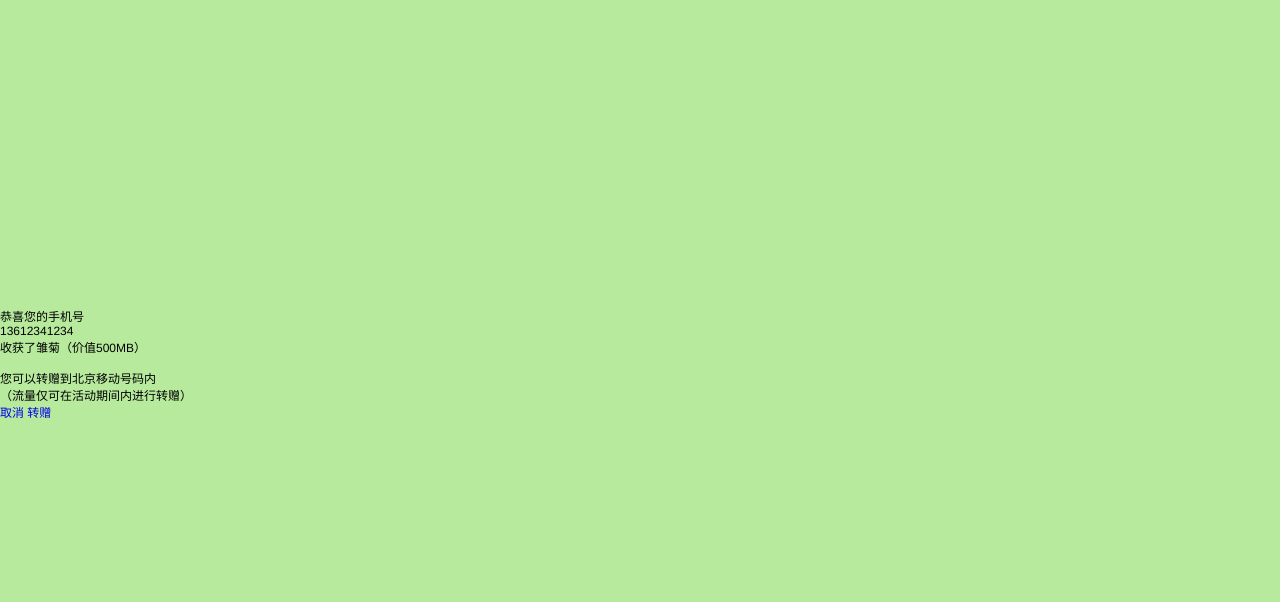
Repository: wangbiaozy/zh
Page: index.html
These files come from the project's save history. The page is drawn as it stood at one moment and after the next save; the edit follows.
The browser window is 1280 px wide. The pictures show the whole page.

Above is the page before, as saved 2019-03-18 17:37:07.
Console error: TypeError: Cannot read properties of undefined (reading 'style')

### index.html
<!DOCTYPE html>
<html lang="en">

<head>
    <meta charset="UTF-8">
    <meta name="viewport" content="width=device-width, initial-scale=1.0, maximum-scale=1.0, minimum-scale=1.0, user-scalable=no, viewport-fit=cover">
    <meta http-equiv="X-UA-Compatible" content="ie=edge">
    <title>北京移动</title>
    <link rel="stylesheet" href="css/reset.min.css">
    <link rel="stylesheet/less" href="css/styles.less">
    <script src="js/less-1.7.0.min.js"></script>
    <script src="js/jquery-1.10.1.min.js"></script>
    <script src="js/imgLoader.js"></script>
    <script>
        imgLoader([
            'images/banner.png',
            'images/bdsjh.png',
            'images/bg_01.png',
            'images/bg_02.png',
            'images/btn_cj.png',
            'images/btn_cjhd.png',
            'images/btn_dhff.png',
            'images/btn_dl.png',
            'images/btn_fshy.png',
            'images/btn_lj.png',
            'images/btn_qd.png',
            'images/btn_qdl.png',
            'images/btn_qr.png',
            'images/btn_qx.png',
            'images/btn_xg.png',
            'images/btn_zz.png',
            'images/c1.png',
            'images/c2.png',
            'images/c3.png',
            'images/c4.png',
            'images/c5.png',
            'images/card_1.png',
            'images/card_2.png',
            'images/card_3.png',
            'images/card_4.png',
            'images/card_5.png',
            'images/card.png',
            'images/close.png',
            'images/default.jpg',
            'images/erweima.png',
            'images/fire.gif',
            'images/fri_bg_01.png',
            'images/fri_bg_02.png',
            'images/fri_bg_03.png',
            'images/gongxi.png',
            'images/guang1.png',
            'images/guang2.png',
            'images/hdgz.png',
            'images/home_bg_01.png',
            'images/home_bg_02.png',
            'images/home_bg_03.png',
            'images/hyzl.png',
            'images/longjiao.png',
            'images/longshen.png',
            'images/longtou.png',
            'images/longwei.png',
            'images/longzhu.png',
            'images/longzhua.png',
            'images/rule_btn.png',
            'images/share.png',
            'images/sjhm.png',
            'images/start_btn.png',
            'images/submit.png',
            'images/tc_1_text.png',
            'images/tc_bg.png',
            'images/tc_card.png',
            'images/tc_title_1.png',
            'images/tc_title_2.png',
            'images/tc_title_3.png',
            'images/xxqr.png',
            'images/yun_1.png',
            'images/yun_2.png',
            'images/yun_3.png',
            'images/yun.png',
            'images/yzm.png'
        ], function (percentage) {
            var percentT = percentage * 100;
            $('.loader_info').html('Loading ' + (parseInt(percentT)) + '%');
            $('.loader_progress')[0].style.width = percentT + '%';
            if (percentage == 1) {
                /* $('.loader').remove();
                $('.home').show(); */
            }
        });
    </script>
</head>
<body>
    <!--loading-->
    <!-- <section class="loader">
        <div class="loader_info"></div>
        <div>
            <div class="loader_progress"></div>
        </div>
    </section> -->
    <!-- 首页 -->
    <section id="home" class="home">
        <div>
            <a href="javascript: void(0)" class="rule-btn"></a>
        </div>
        <div>
            <div></div>
        </div>
        <div>
            <a href="javascript: void(0)" id="start-btn"></a>
            <div>
                <p id="countDown"><i>倒计时：</i><span>7</span>天<span>00</span>时<span>00</span>分<span>00</span>秒</p>
            </div>
            <p>4月8日-4月14日&nbsp;&nbsp;&nbsp;&nbsp;活动将于4月14日结束，务必到期前领取</p>
        </div>
    </section>
    <!-- 活动规则页 -->
    <section id="rule" class="rule">
        <div>
            <div></div>
            <div>
                <ul>
                    <li>
                        <h3>一 活动时间：</h3>
                        <p>即日起——4月14日</p>
                        <h3>二 活动介绍：</h3>
                        <p>活动期间，用户通过北京移动微信公众号，可参与“天天种花得流量”活动。用户每天可获得一颗种子，通过添加物料（水、阳光、肥料），完成种植，收获花朵并获得对应流量奖品。</p>
                        <p>获取物料方法：</p>
                        <p>1、用户首次参与活动可领取水、阳光、肥料各1份。</p>
                        <p>2、分享活动给好友，邀请其助力赠送，可获得更多物料。（好友助力次数不限，但为同一用户仅可助力一次。）</p>
                        <h3>三 奖品规则：</h3>
                        <p>活动奖品包含：100MB、200MB、500MB、1GB、2GB、3GB全国流量，及部分免费业务体验资格、优惠业务办理资格。</p>
                        <p>（一）流量奖品</p>
                        <p>1.流量档位包括100MB、200MB、500MB、1GB、2GB、3GB全国流量；</p>
                        <p>2.奖品将于领取后15日内，自动充入用户的微信关注绑定手机号，流量自充入日起生效，有效期至本月月末；</p>
                        <p>3.活动赠送套外国内流量，优先级低于主套餐、可选包、短促包、定向流量包等，赠送流量无法共享，不可结转；</p>
                        <p>4.处于保留期、保号期、挂失、申停、欠停、转品牌过渡期的手机号；物联网卡、4G超级日租卡套餐、神州行开心听、语音套餐卡、神州行B标准资费基本策划等特殊资费用户无法领取赠送流量；</p>
                        <p>5.赠送流量每月仅可领取100次，超出上限不可领取；</p>
                        <p>6.北京移动用户抽中流量奖品后，自动充入关注绑定账户。非北京移动用户抽中流量奖品后可以转赠给北京移动手机号码。</p>
                        <p>（二）其它奖品</p>
                        <p>规则详见各奖品办理页面</p>
                        <p>温馨提示：</p>
                        <p>1、活动将于4月14日结束，请您务必于活动结束前完成领奖，逾期视为自动放弃奖品。</p>
                        <p>2、活动页面内可手动关闭活动提醒。如不关闭，默认每天发放服务通知，提醒用户活动状态已更新。</p>
                    </li>
                </ul>
                <a href="javascript:void(0)">确定</a>
            </div>
        </div>
        <div></div>
    </section>
    <!-- 主页 -->
    <section id="main" class="main">
        <div>
            <a href="javascript:void(0)" class="rule-btn"></a>
            <a href="javascript:void(0)" class="method-btn"></a>
            <div>
                <a href="javascript:void(0)"></a>
                <p>活动通知</p>
            </div>
        </div>
        <div>
            <div></div>
        </div>
        <div>
            <ul>
                <li>
                    <span>3</span>
                </li>
                <li>
                    <span>3</span>
                </li>
                <li>
                    <span>3</span>
                </li>
            </ul>
            <ul>
                <li>奖励花园</li>
                <li>获取能量</li>
            </ul>
        </div>
        <div>
            <h3></h3>
            <ul>
                <p>您还没有好友给您助力哦~</p>
                <!-- <li>
                    <div>
                        <img src="./images/fri_default.png" alt="">
                    </div>
                    <p>胖子胖子胖子胖子</p>
                    <p>帮忙增加了<span>肥料</span></p>
                    <p>3月1日</p>
                </li> -->
            </ul>
        </div>
    </section>
    <!-- 玩法锦囊页 -->
    <section id="method" class="method">
        <div></div>
        <div></div>
        <div></div>
        <div></div>
        <div></div>
        <a href="javascript: void(0)">确定</a>
    </section>
    <!-- 我的奖励花园页 -->
    <section id="gift" class="gift">
        <div>
            <div>
                <div></div>
                <ul>
                    <li>
                        <img src="./images/flower_0.png" alt="">
                        <a href="javascript: void(0)"></a>
                    </li>
                    <li>
                        <img src="./images/flower_0.png" alt="">
                        <a href="javascript: void(0)"></a>
                    </li>
                    <li>
                        <img src="./images/flower_0.png" alt="">
                        <a href="javascript: void(0)"></a>
                    </li>
                    <li>
                        <img src="./images/flower_0.png" alt="">
                        <a href="javascript: void(0)"></a>
                    </li>
                    <li>
                        <img src="./images/flower_0.png" alt="">
                        <a href="javascript: void(0)"></a>
                    </li>
                    <li>
                        <img src="./images/flower_0.png" alt="">
                        <a href="javascript: void(0)"></a>
                    </li>
                    <li>
                        <img src="./images/flower_0.png" alt="">
                        <a href="javascript: void(0)"></a>
                    </li>
                </ul>
                <div></div>
                <a href="javascript: void(0)">返回</a>
            </div>
        </div>
        <div></div>
    </section>
    <!-- 二维码页 -->
    <section id="code" class="code">
        <div>
            <div>
                <div>
                    <p>亲爱的用户<br>天天种花得流量活动邀你参加<br>天天有惊喜哦~</p>
                </div>
                <div>
                    <div>
                        <img src="./images/erweima.jpg" alt="">
                    </div>
                </div>
            </div>
        </div>
        <div></div>
    </section>
    <!-- 添加物料弹窗 -->
    <section class="model addModel message-model">
        <div>
            <p>您已成功为种子<br><span>添加了阳光</span><br>种子已进入<span>成熟</span>期<br>快来看看吧</p>
        </div>
        <a href="javascript: void(0)">确定</a>
    </section>
    <!-- 发送好友弹窗 -->
    <section class="model to-friend message-model">
        <div>
            <p>您需要积攒能量<br>才能种出神秘花朵<br>还有抽大奖的机会哦<br>快请好友帮忙吧</p>
        </div>
        <a href="javascript:void(0)">发送好友</a>
    </section>
    <!-- 开始 种子弹窗 -->
    <section class="model tc-0">
        <div>
            <p>恭喜您已经播种了<br>一颗神秘种子<br>快去养育TA～</p>
            <div></div>
            <p>看看可以收获什么花吧！！</p>
            <p>送您阳光、水壶、肥料各一份</p>
        </div>
        <a href="javascript:void(0)">确定</a>
    </section>
    <!-- 本网获得流量弹窗 -->
    <section class="model tc-1">
        <div>
            <p>恭喜您的手机号</p>
            <p>15910943650</p>
            <p>收货了<span>雏菊</span>（价值<span>500MB</span>）</p>
            <img src="./images/flower_tc_1.png" alt="">
            <p>流量将于7日内到账</p>
            <p>有效期至本月月末</p>
            <a href=""></a>
        </div>
        <a href="javascript:void(0)">确定</a>
    </section>
    <!-- 异网流量弹窗 1-->
    <section class="model tc-2">
        <div>
            <p>恭喜您的手机号</p>
            <p>13612341234</p>
            <p>收获了雏菊（价值<span>500MB</span>）</p>
            <img src="" alt="">
            <p>您可以转赠到北京移动号码内</p>
            <p>（流量仅可在活动期间内进行转赠）</p>
        </div>
        <div>
            <a href="javascript:void(0)">取消</a>
            <a href="javascript:void(0)">转赠</a>
        </div>
    </section>
    <!-- 分享浮层 -->
    <section class="share">
        <div>
            <span></span>
        </div>
    </section>
    <!-- 遮罩层 -->
    <section class="mask" id="mask"></section>
</body>
</html>
<script src="js/index.js"></script>

### css/reset.min.css
@charset "utf-8";
/*默认样式清除和初始化*/
body,h1,h2,h3,h4,h5,h6,hr,p,blockquote,dl,dt,dd,ul,ol,li,button,input,textarea,th,td{margin:0;padding:0}body{font-size:12px;font-style:normal;font-family:"\5FAE\8F6F\96C5\9ED1",Helvetica,sans-serif}small{font-size:12px}h1{font-size:18px}h2{font-size:16px}h3{font-size:14px}h4,h5,h6{font-size:100%}ul,ol{list-style:none}a{text-decoration:none;background-color:transparent}a:hover,a:active{outline-width:0;text-decoration:none}table{border-collapse:collapse;border-spacing:0}hr{border:0;height:1px}img{border-style:none}img:not([src]){display:none}svg:not(:root){overflow:hidden}html{-webkit-touch-callout:none;-webkit-text-size-adjust:100%}input,textarea,button,a{-webkit-tap-highlight-color:rgba(0,0,0,0)}article,aside,details,figcaption,figure,footer,header,main,menu,nav,section,summary{display:block}audio,canvas,progress,video{display:inline-block}audio:not([controls]),video:not([controls]){display:none;height:0}progress{vertical-align:baseline}mark{background-color:#ff0;color:#000}sub,sup{position:relative;font-size:75%;line-height:0;vertical-align:baseline}sub{bottom:-0.25em}sup{top:-0.5em}button,input,select,textarea{font-size:100%;outline:0}button,input{overflow:visible}button,select{text-transform:none}textarea{overflow:auto}button,html [type="button"],[type="reset"],[type="submit"]{-webkit-appearance:button}button::-moz-focus-inner,[type="button"]::-moz-focus-inner,[type="reset"]::-moz-focus-inner,[type="submit"]::-moz-focus-inner{border-style:none;padding:0}button:-moz-focusring,[type="button"]:-moz-focusring,[type="reset"]:-moz-focusring,[type="submit"]:-moz-focusring{outline:1px dotted ButtonText}[type="checkbox"],[type="radio"]{box-sizing:border-box;padding:0}[type="number"]::-webkit-inner-spin-button,[type="number"]::-webkit-outer-spin-button{height:auto}[type="search"]{-webkit-appearance:textfield;outline-offset:-2px}[type="search"]::-webkit-search-cancel-button,[type="search"]::-webkit-search-decoration{-webkit-appearance:none}::-webkit-input-placeholder{color:inherit;opacity:.54}::-webkit-file-upload-button{-webkit-appearance:button;font:inherit}.clear:after{display:block;height:0;content:"";clear:both}
*{ -webkit-tap-highlight-color: rgba(0,0,0,0);-webkit-tap-highlight-color: transparent; /* For some Androids */ }

### js/imgLoader.js
/**
 * Created by wangbiaozy on 2017/12/11.
 */
(function () {
    function isArray(obj) {
        return Object.prototype.toString.call(obj) === '[object Array]';
    }

    /**
     * @param imgList 要加载的图片地址列表，['aa/asd.png','aa/xxx.png']
     * @param callback 每成功加载一个图片之后的回调，并传入“已加载的图片总数/要加载的图片总数”表示进度
     * @param timeout 每个图片加载的超时时间，默认为5s
     */
    var loader = function (imgList, callback, timeout) {
        timeout = timeout || 5000;
        imgList = isArray(imgList) && imgList || [];
        callback = typeof(callback) === 'function' && callback;

        var total = imgList.length,
            loaded = 0,
            imgages = [],
            _on = function () {
                loaded < total && (++loaded, callback && callback(loaded / total));
            };

        if (!total) {
            return callback && callback(1);
        }

        for (var i = 0; i < total; i++) {
            imgages[i] = new Image();
            imgages[i].onload = imgages[i].onerror = _on;
            imgages[i].src = imgList[i];
        }

        /**
         * 如果timeout * total时间范围内，仍有图片未加载出来（判断条件是loaded < total），通知外部环境所有图片均已加载
         * 目的是避免用户等待时间过长
         */
        setTimeout(function () {
            loaded < total && (loaded = total, callback && callback(loaded / total));
        }, timeout * total);

    };

    "function" === typeof define && define.cmd ? define(function () {
        return loader
    }) : window.imgLoader = loader;
})();

Loaded but not shown: js/less-1.7.0.min.js (library); js/jquery-1.10.1.min.js (library); js/index.js (497 lines, source omitted)

After the next save:
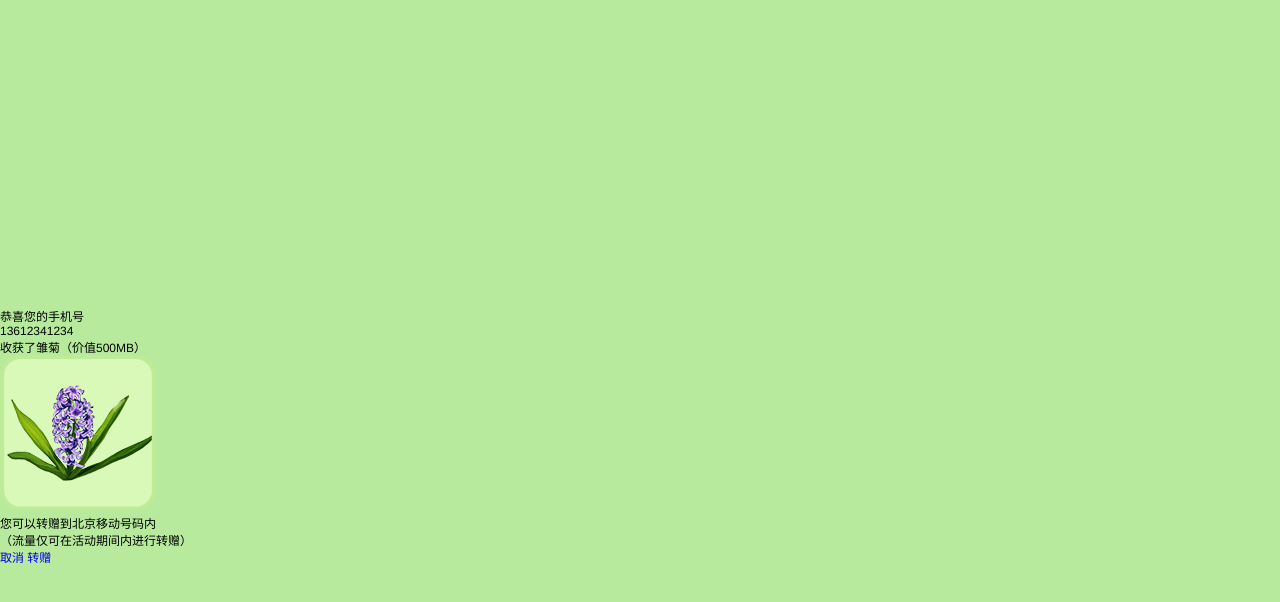
Saved 12 s later.
--- a/index.html
+++ b/index.html
@@ -302,7 +302,7 @@
             <p>恭喜您的手机号</p>
             <p>13612341234</p>
             <p>收获了雏菊（价值<span>500MB</span>）</p>
-            <img src="" alt="">
+            <img src="./images/flower_tc_1.png" alt="">
             <p>您可以转赠到北京移动号码内</p>
             <p>（流量仅可在活动期间内进行转赠）</p>
         </div>
